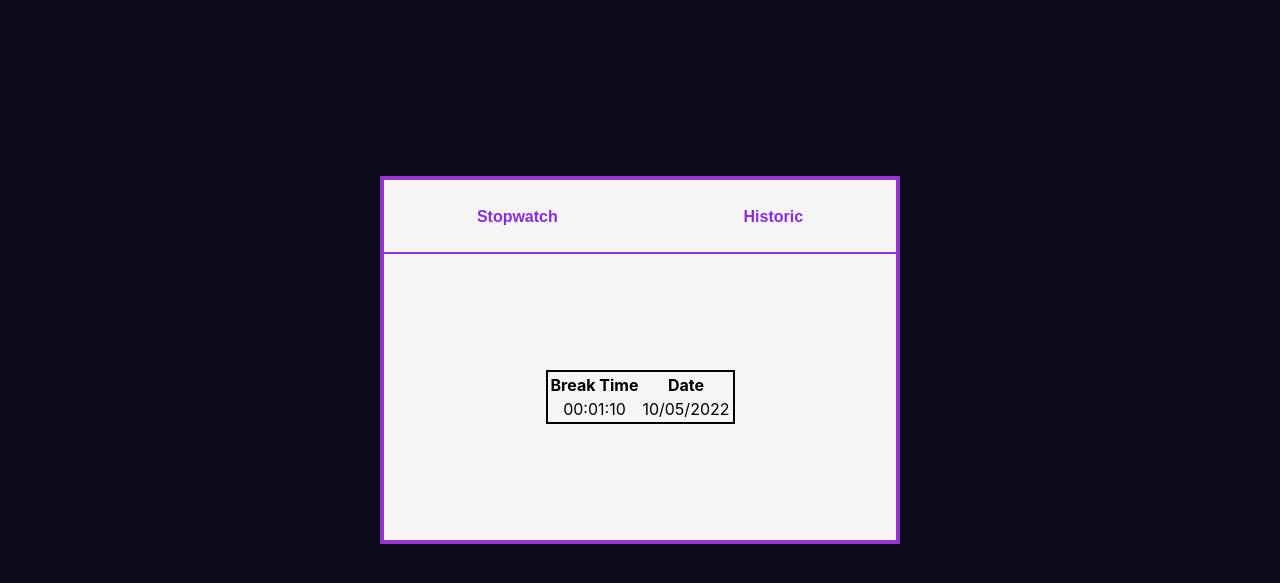
Repository: NicolasRSJ/fastdoubleclick
Page: /
An editor plug-in stored every save of this project. The page is shown before and after the next save, followed by the edit.
The browser window is 1280 px wide. The pictures show the whole page.
The project was rebuilt for these pictures with package versions that can differ from the ones it lists, and the page was loaded fresh each time. Also part of the build but not shown: src/Views/Stopwatch/Index.jsx.

Above is the page before, as saved 2022-10-28 00:26:23.

After the next save:
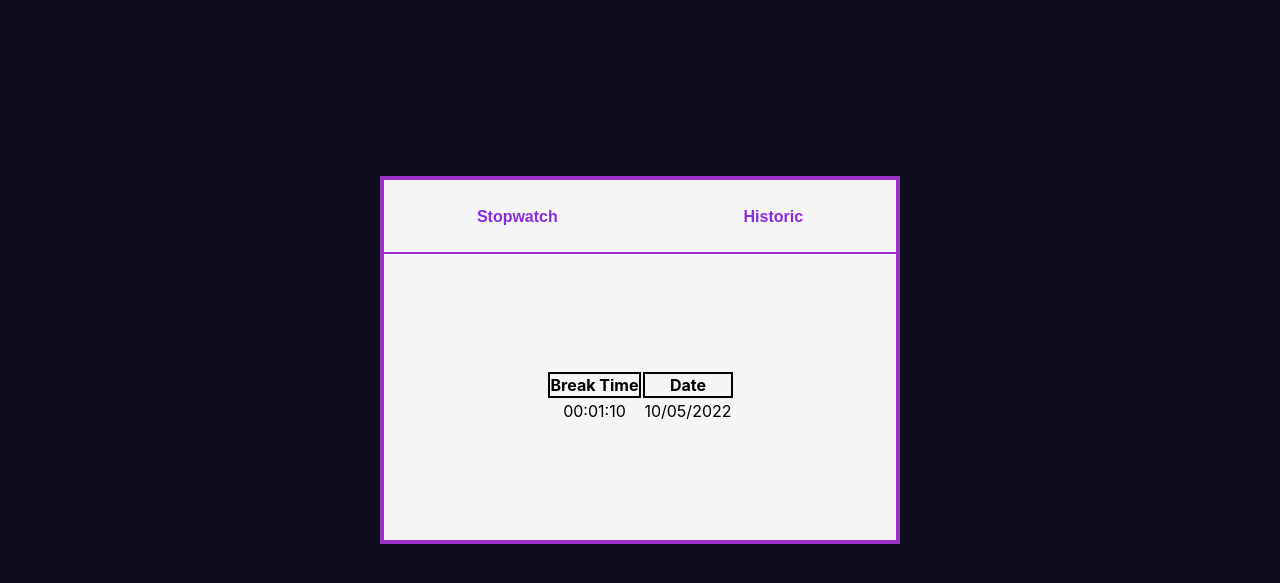
Saved 107 s later.
--- a/src/Views/History/Index.css
+++ b/src/Views/History/Index.css
@@ -33,10 +33,6 @@
     flex-direction: column;
 }
 
-.contents table {
+.contents table th {
     border: 2px solid black;
 }
-
-.head {
-    border: 2px solid black;
-}
